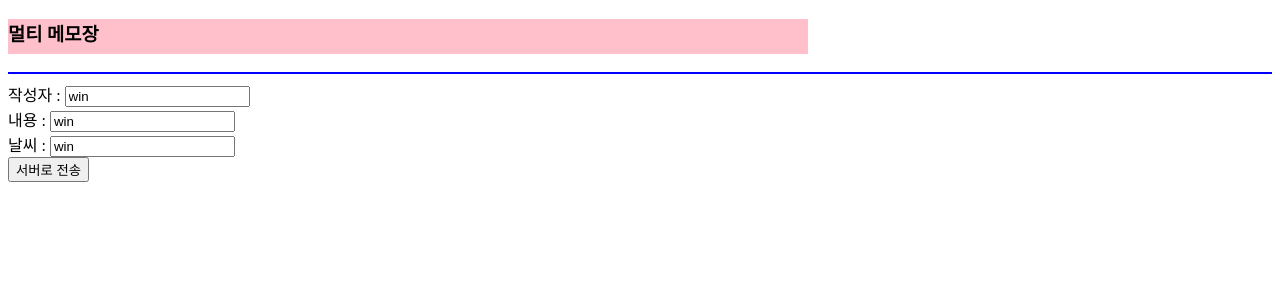
Repository: JayMon0327/Multicampus
Page: http://localhost/SpringMongoDB/mongo_memo.jsp
These files come from the project's save history. The page is drawn as it stood at one moment and after the next save; the edit follows.
The browser window is 1280 px wide. The pictures show the whole page.
The page is served by Tomcat 9. Nobody is signed in. The application's start-up code is not run.

Above is the page before, as saved 2022-12-15 00:39:16.

After the next save:
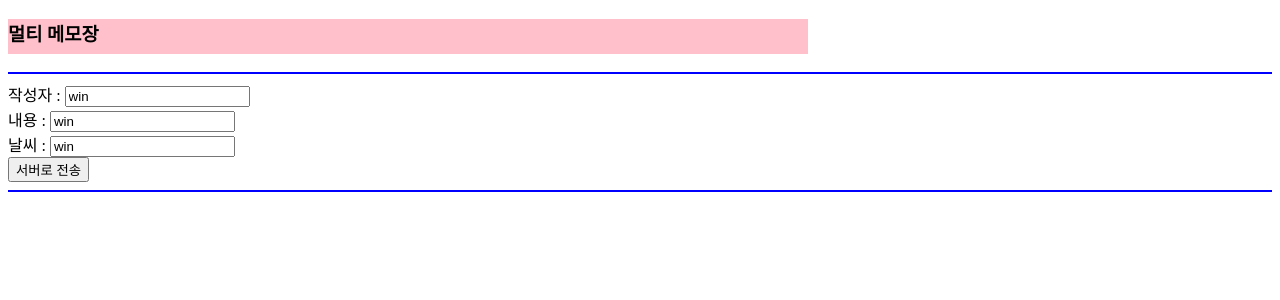
Saved 17 s later.
--- a/SpringMongoDB/src/main/webapp/mongo_memo.jsp
+++ b/SpringMongoDB/src/main/webapp/mongo_memo.jsp
@@ -22,5 +22,7 @@
 		날씨 : <input name="weather" value="win"><br>
 		<button>서버로 전송</button>
 	</form>
+<hr color="blue">
+<div id=result></div>
 </body>
 </html>
